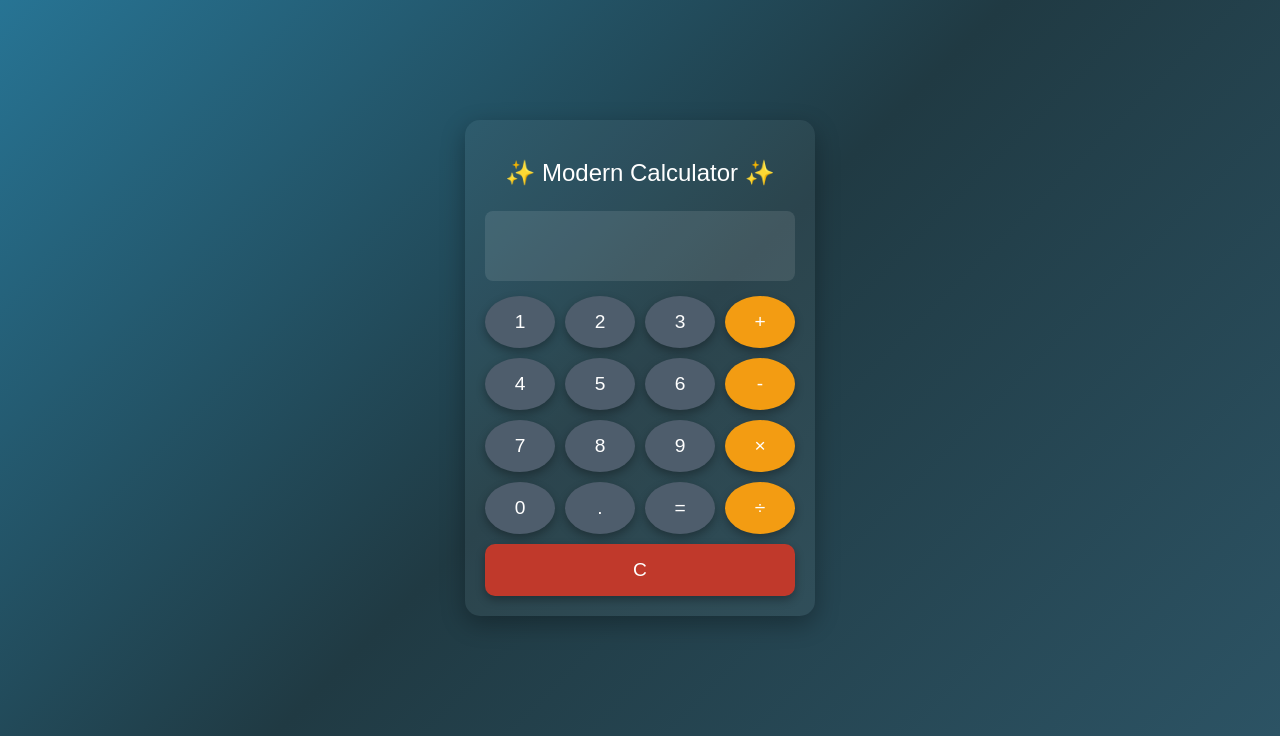
Repository: hawamubarakk/Calculator
Page: calculator.html
An editor plug-in stored every save of this project. The page is shown before and after the next save, followed by the edit.
The browser window is 1280 px wide. The pictures show the whole page.

Above is the page before, as saved 2025-08-15 21:47:03.

### calculator.html
<!DOCTYPE html>
<html lang="en">
<head>
  <meta charset="UTF-8">
  <meta name="viewport" content="width=device-width, initial-scale=1.0">
  <title>Modern Calculator</title>
  <link rel="stylesheet" href="style.css">
</head>
<body>
  <div class="calculator-container">
    <h2>✨ Modern Calculator ✨</h2>
    <p class="js-calculation"></p>

    <div class="buttons-grid">
      <button data-value="1">1</button>
      <button data-value="2">2</button>
      <button data-value="3">3</button>
      <button class="op" data-value="+">+</button>

      <button data-value="4">4</button>
      <button data-value="5">5</button>
      <button data-value="6">6</button>
      <button class="op" data-value="-">-</button>

      <button data-value="7">7</button>
      <button data-value="8">8</button>
      <button data-value="9">9</button>
      <button class="op" data-value="*">×</button>

      <button data-value="0">0</button>
      <button data-value=".">.</button>
      <button id="equals">=</button>
      <button class="op" data-value="/">÷</button>

      <button id="clear" class="clear-btn">C</button>
    </div>
  </div>

  <script src="script.js"></script>
</body>
</html>

### style.css
body {
  background: linear-gradient(135deg, #277494, #203a43, #2c5364);
  font-family: Arial, sans-serif;
  color: white;
  display: flex;
  justify-content: center;
  align-items: center;
  height: 100vh;
}

.calculator-container {
  background: rgba(255, 255, 255, 0.05);
  padding: 20px;
  border-radius: 15px;
  box-shadow: 0 8px 25px rgba(0, 0, 0, 0.3);
  text-align: center;
}

h2 {
  margin-bottom: 10px;
  font-weight: normal;
}

.js-calculation {
  background: rgba(255, 255, 255, 0.1);
  padding: 15px;
  border-radius: 8px;
  font-size: 1.5rem;
  margin-bottom: 15px;
  min-height: 40px;
  transition: all 0.3s ease-in-out;
}

.buttons-grid {
  display: grid;
  grid-template-columns: repeat(4, 70px);
  gap: 10px;
}

button {
  font-size: 1.2rem;
  padding: 15px;
  border: none;
  border-radius: 50%;
  background: #4e5d6c;
  color: white;
  cursor: pointer;
  transition: transform 0.15s ease, background 0.3s ease;
  box-shadow: 0 4px 10px rgba(0,0,0,0.3);
}

button:hover {
  background: #6c7a89;
  transform: scale(1.1);
}

button:active {
  transform: scale(0.9);
}

.op {
  background: #f39c12;
}

.op:hover {
  background: #e67e22;
}

.clear-btn {
  grid-column: span 4;
  border-radius: 10px;
  background: #c0392b;
}

.clear-btn:hover {
  background: #e74c3c;
}

### script.js
let calculation = localStorage.getItem('calculation') || '';
displayCalculation();

function updateCalculation(value) {
  calculation += value;
  displayCalculation();
  localStorage.setItem('calculation', calculation);
}

function displayCalculation() {
  document.querySelector('.js-calculation').textContent = calculation;
}

function evaluateCalculation() {
  try {
    calculation = eval(calculation);
    displayCalculation();
    localStorage.setItem('calculation', calculation);
  } catch {
    calculation = "Error";
    displayCalculation();
  }
}

function clearCalculation() {
  calculation = '';
  displayCalculation();
  localStorage.setItem('calculation', calculation);
}

// Mouse Click Support
document.querySelectorAll('button[data-value]').forEach(btn => {
  btn.addEventListener('click', () => {
    updateCalculation(btn.getAttribute('data-value'));
  });
});

document.getElementById('equals').addEventListener('click', evaluateCalculation);
document.getElementById('clear').addEventListener('click', clearCalculation);

// Keyboard Support
document.addEventListener("keydown", function(event) {
  const key = event.key;

  if (!isNaN(key) || key === ".") updateCalculation(key);
  if (["+", "-", "*", "/"].includes(key)) updateCalculation(` ${key} `);
  if (key === "Enter") evaluateCalculation();
  if (key === "Backspace") {
    calculation = calculation.slice(0, -1);
    displayCalculation();
  }
  if (key === "Escape") clearCalculation();
});

After the next save:
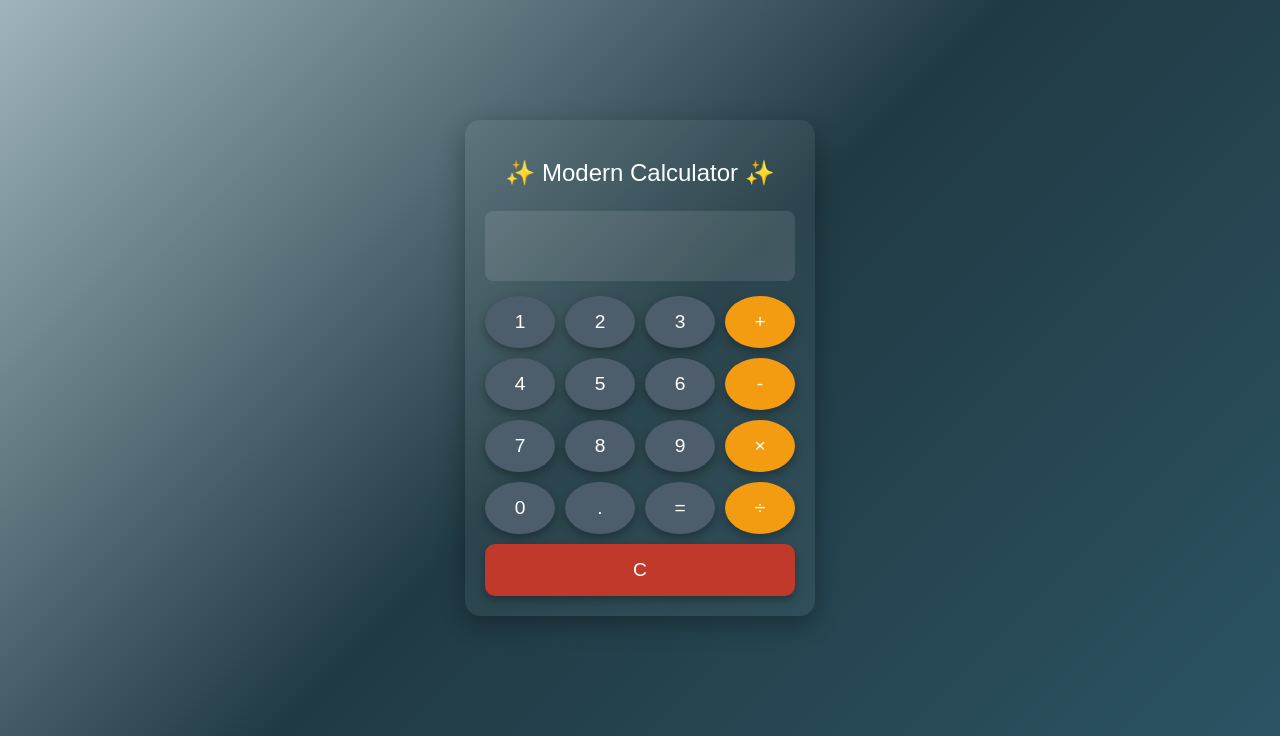
Saved 26 s later.
--- a/style.css
+++ b/style.css
@@ -1,5 +1,5 @@
 body {
-  background: linear-gradient(135deg, #277494, #203a43, #2c5364);
+  background: linear-gradient(135deg, #9fb4bc, #203a43, #2c5364);
   font-family: Arial, sans-serif;
   color: white;
   display: flex;
